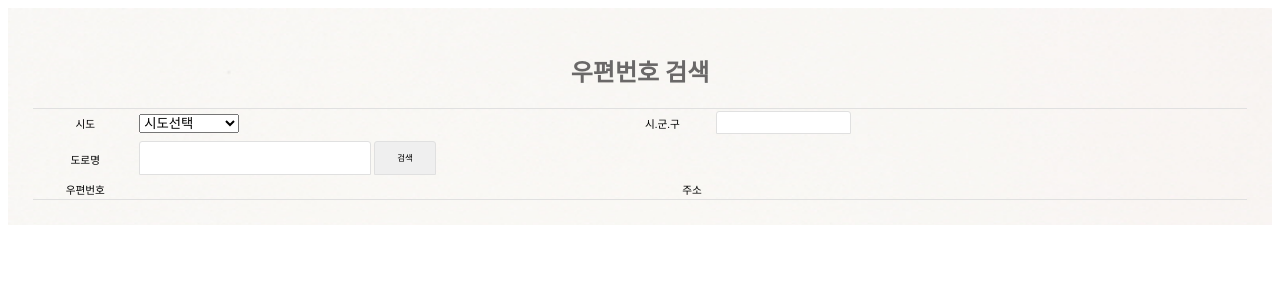
Repository: keepsus/gaebokchi
Page: http://localhost/uzuslime/member/memberCheckPost.jsp
These files come from the project's save history. The page is drawn as it stood at one moment and after the next save; the edit follows.
The browser window is 1280 px wide. The pictures show the whole page.
The page is served by Tomcat 9. Nobody is signed in. The application's start-up code is not run.

Above is the page before, as saved 2021-02-12 12:01:29.

After the next save:
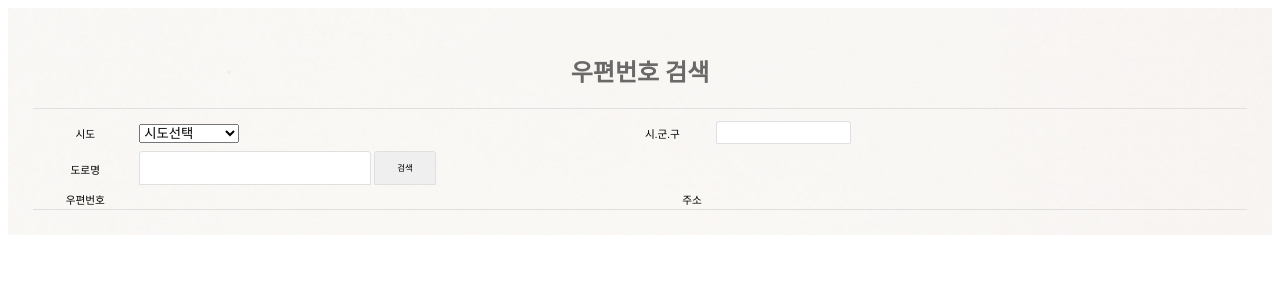
Saved 39 s later.
--- a/uzuslime/src/main/webapp/member/memberCheckPost.jsp
+++ b/uzuslime/src/main/webapp/member/memberCheckPost.jsp
@@ -15,7 +15,7 @@
 <div class="checkPost">
 <h2 style="text-align:center; color:rgba(63, 62, 62, 0.774); margin-botton:30px;">우편번호 검색</h2>
 <div style="height: auto; width: 100%; border-bottom:1px solid #e0e0e0;"></div>
-<table id="checkPostTable" width="100%" cellpadding="2" cellspacing="0">
+<table id="checkPostTable" width="100%" cellpadding="2" cellspacing="0" style="margin-top:10px;">
 <tr>
 	<td width="100" align="center">시도</td>
 	<td>
